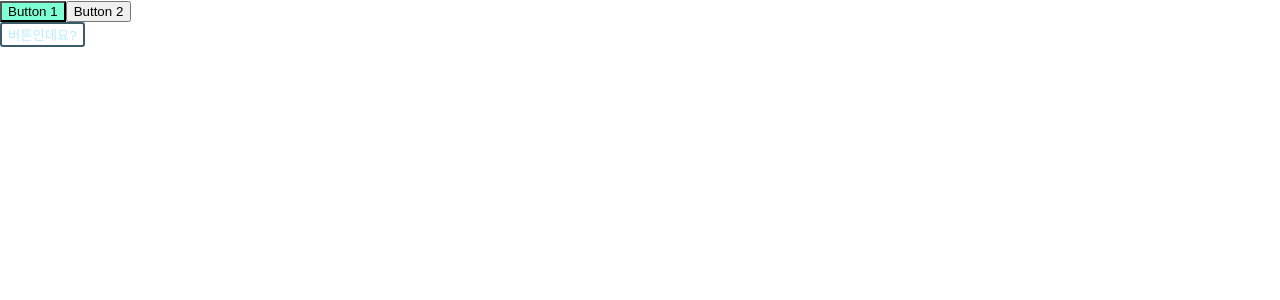
Repository: dnjfht/css-example
Page: /
The author's editor kept a copy of each file at every save. The page is drawn from the files as they stood at one save, then again after the next save.
The browser window is 1280 px wide. The pictures show the whole page.
The project was rebuilt for these pictures with package versions that can differ from the ones it lists, and the page was loaded fresh each time.

Above is the page before, as saved 2023-05-15 13:08:15.

After the next save:
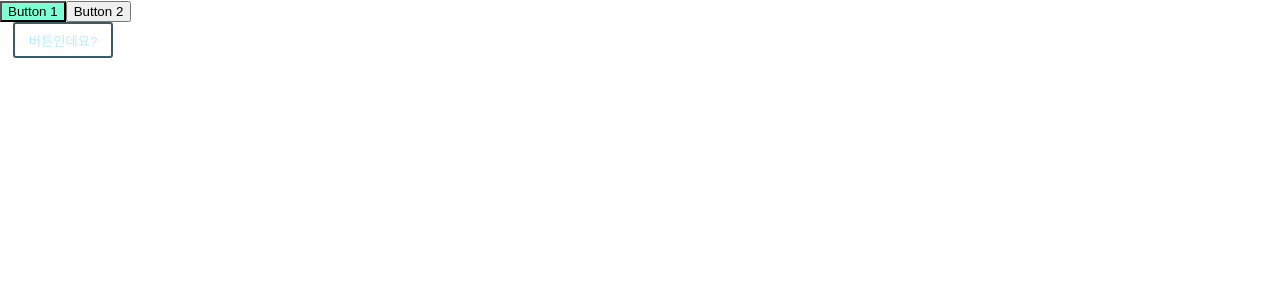
Saved 15 s later.
--- a/src/App.js
+++ b/src/App.js
@@ -12,6 +12,8 @@ const Button = styled.button`
   border-radius: 3px;
   border: 2px solid #3c5b69;
   color: #b9eaff;
+  margin: 0 1em;
+  padding: 0.5em 1em;
 `;
 
 export default function App() {
